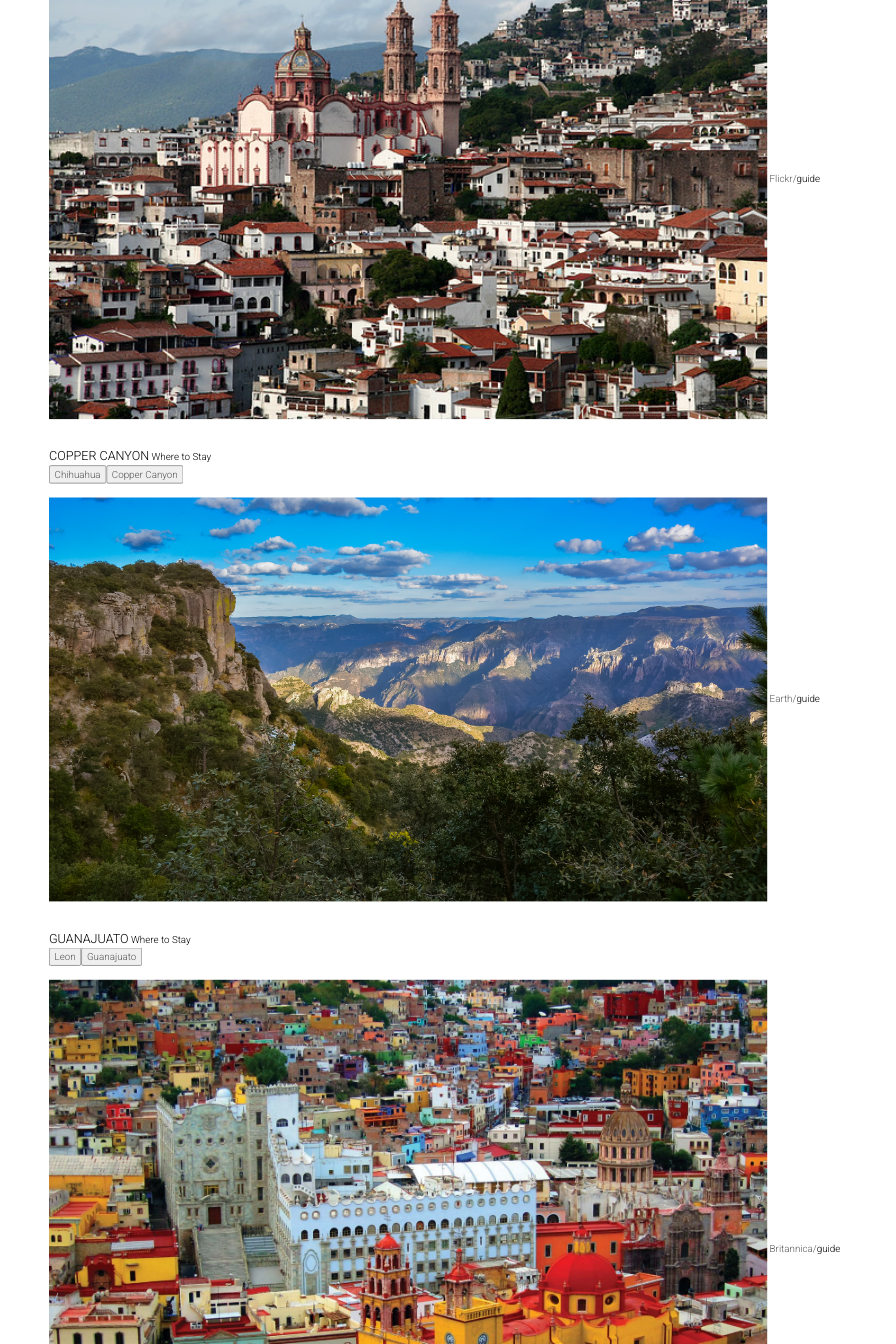
Repository: navegantemx/holiday-destination
Page: destinations.html
The author's editor kept a record of every edit. The page is drawn from the files as they stood at one moment, then again after the next edit.
The browser window is 1280 px wide. The pictures show the part of the page from y = 1814 to 3734 px (the page is 7951 px tall before and 7971 px after), at 70% of full size.
A picture or video elsewhere on the page could not be fetched, so the positions and the page height are approximate. Some web libraries are served in a nearby version.

Above is the page before.

### destinations.html
<!DOCTYPE html>
<html lang="en">
<head>
    <meta charset="UTF-8">
    <meta name="viewport" content="width=device-width, initial-scale=1.0">
    <meta http-equiv="X-UA-Compatible" content="ie=edge">
    <link rel="stylesheet" href="https://maxcdn.bootstrapcdn.com/bootstrap/3.3.7/css/bootstrap.min.css" type="text/css" />
    <link rel="stylesheet" href="https://maxcdn.bootstrapcdn.com/font-awesome/4.7.0/css/font-awesome.min.css" type="text/css" />
    <link rel="stylesheet" href="https://cdnjs.cloudflare.com/ajax/libs/hover.css/2.1.1/css/hover-min.css" type="text/css" />
    <link rel="stylesheet" href="assets/css/style.css" type="text/css" />
    <script src="https://code.jquery.com/jquery-1.11.3.min.js"></script>
    <title>Holiday Destination - Mexico</title>
</head>
<body>
    <header class="container">
        <div class="row">
            <a href="index.html">
                <div class="col-md-4 logo"></div>
            </a>
            <div class="col-md-8">
                <div class="row">
                    <ul id="nav" class="list-inline clearfix">
                        <li class="col-xs-6 col-sm-3 ui-menu-color-home menuitem">
                            <a href="index.html" class="hvr-sweep-to-bottom"><i class="fa fa-home" aria-hidden="true"></i><span>Home</span></a>
                        </li>
                        <li class="col-xs-6 col-sm-3 ui-menu-color-destinations menuitem">
                            <a href="destinations.html" class="hvr-sweep-to-bottom"><i class="fa fa-plane" aria-hidden="true"></i><span>Destinations</span></a>
                        </li>
                        <li class="col-xs-6 col-sm-3 ui-menu-color-charts menuitem">
                            <a href="charts.html" class="hvr-sweep-to-bottom"><i class="fa fa-pie-chart" aria-hidden="true"></i><span>Charts Statistics</span></a>
                        </li>
                        <li class="col-xs-6 col-sm-3 ui-menu-color-contact menuitem">
                            <a href="contact.html" class="hvr-sweep-to-bottom"><i class="fa fa-commenting-o" aria-hidden="true"></i><span>Contact</span></a>
                        </li>
                    </ul>
                </div>
            </div>
        </div>
    </header>
    <br>
    <section class="container">
        <div class="row">
            <div class="col-md-12">
                <h3 class="section-heading uppercase">10 Best Places to Visit in Mexico</h3>
            </div>
        </div>
    </section>
    <br>

        <!------Design idea taken from https://www.touropia.com/best-places-to-visit-in-mexico/ ------------>

    <section class="container">
        <a href="https://en.wikipedia.org/wiki/Puebla_(city)" target="_blank" class="fancybox iframe">PUEBLA</a>
        <a href="//www.touropia.com/checkin?city=Puebla,Mexico" target="_blank" class="fancybox">Where to Stay</a><br>
        <button id="pueblaButton">Cholula</button><span><button id="cholulaButton">Puebla</button></span><br><br>
        <div class="image_640">
            <!--url("../images/mexico.jpg")-->
            <img id="pueblaImage" src= assets/images/puebla_puebla_01.jpg width="90%"><br>
            <span class="photo-credit">By<a href="https://www.kayak.com/Puebla-City.17433.guide" target="_blank">Kayak</a></span>
        </div>
        <br><br>

        <a href="https://en.wikipedia.org/wiki/M%C3%A9rida,_Yucat%C3%A1n" target="_blank" class="fancybox iframe">MERIDA</a>
        <a href="//www.touropia.com/checkin?city=Merida,Mexico" target="_blank" class="fancybox">Where to Stay</a><br>
        <button id="meridaButton">Progreso</button><span><button id="progresoButton">Merida</button></span><br><br>
        <div class="image_640">
            <img id="meridaImage" src= assets/images/yucatan_merida_01.jpg width="90%"><br>
            <span class="photo-credit">CNN/<a href="https://www.cnn.com/travel/article/things-to-do-merida-mexico/index.html" target="_blank">guide</a></span>
        </div>
        <br><br>

        <a href="https://en.wikipedia.org/wiki/Taxco" target="_blank" class="fancybox iframe">TAXCO</a>
        <a href="//www.touropia.com/checkin?city=Taxco,Mexico" target="_blank" class="fancybox">Where to Stay</a><br>
        <button id="taxcoButton">Acapulco</button><span><button id="acapulcoButton">Taxco</button></span><br><br>
        <div class="image_640">
            <img id="taxcoImage" src= assets/images/gro_taxco_01.jpg width="90%">
            <span class="photo-credit">Flickr/<a href="https://www.flickr.com/photos/david-bank/4172340439" target="_blank">guide</a></span>
        </div>
        <br><br>

        <a href="https://en.wikipedia.org/wiki/Copper_Canyon" target="_blank" class="fancybox iframe">COPPER CANYON</a>
        <a href="//www.touropia.com/checkin?city=Chihuahua,Mexico" target="_blank" class="fancybox">Where to Stay</a><br>
        <button id="coppercanyonButton">Chihuahua</button><span><button id="chihuahuaButton">Copper Canyon</button></span><br><br>
        <div class="image_640">
            <img id="coppercanyonImage" src= assets/images/chihuahua_coppercanyon_01.jpg width="90%">
            <span class="photo-credit">Earth/<a href="https://www.earth.com/news/raramuri-people-copper-canyon" target="_blank">guide</a></span>
        </div>
        <br><br>

        <a href="https://en.wikipedia.org/wiki/Guanajuato_City" target="_blank" class="fancybox iframe">GUANAJUATO</a>
        <a href="//www.touropia.com/checkin?city=Guanajuato,Mexico" target="_blank" class="fancybox">Where to Stay</a><br>
        <button id="guanajuatoButton">Leon</button><span><button id="leonButton">Guanajuato</button></span><br><br>
        <div class="image_640">
            <img id="guanajuatoImage" src= assets/images/guanajuato_gto_01.jpg width="90%">
            <span class="photo-credit">Britannica/<a href="https://www.britannica.com/place/Guanajuato-Mexico" target="_blank">guide</a></span>
        </div>
        <br><br>

        <a href="https://en.wikipedia.org/wiki/Oaxaca_City" target="_blank" class="fancybox iframe">OAXACA</a>
        <a href="//www.touropia.com/checkin?city=Oaxaca,Mexico" target="_blank" class="fancybox">Where to Stay</a><br>
        <button id="oaxacaButton">Huatulco</button><span><button id="huatulcoButton">Oaxaca</button></span><br><br>
        <div class="image_640">
            <img id="oaxacaImage" src= assets/images/oaxaca_oaxaca_01.jpg width="90%">
            <span class="photo-credit">Wall/<a href="https://wall.alphacoders.com/big.php?i=946712" target="_blank">guide</a></span>
        </div>
        <br><br>

        <a href="https://en.wikipedia.org/wiki/Mexico_City" target="_blank" class="fancybox iframe">MEXICO CITY</a>
        <a href="//www.touropia.com/checkin?city=Mexico City,Mexico" target="_blank" class="fancybox">Where to Stay</a><br>
        <button id="mxcityButton">Coyoacan</button><span><button id="coyoacanButton">Mexico City</button></span><br><br>
        <div class="image_640">
            <img id="mxcityImage" src= assets/images/mexico_mexico_01.jpg width="90%">
            <span class="photo-credit">Temblor/<a href="https://temblor.net/earthquake-insights/spasm-of-temblors-tests-earthquake-early-warning-for-mexico-city-and-beyond-6410/" target="_blank">guide</a></span>
        </div>
        <br><br>

        <a href="https://en.wikipedia.org/wiki/Teotihuacan" target="_blank" class="fancybox iframe">TEOTIHUACAN</a>
        <a href="//www.touropia.com/checkin?city=San Juan Teotihuacan,Mexico" target="_blank" class="fancybox">Where to Stay</a><br>
        <button id="teotihuacanButton">San Juan</button><span><button id="sanjuanButton">Teotihuacan</button></span><br><br>
        <div class="image_640">
            <img id="teotihuacanImage" src= assets/images/mexico_teotihuacan_01.jpg width="90%">
            <span class="photo-credit">Wikipedia/<a href="https://en.wikipedia.org/wiki/Teotihuac%C3%A1n_Municipality" target="_blank">guide</a></span>
        </div>
        <br><br>

        <a href="https://en.wikipedia.org/wiki/Canc%C3%BAn" target="_blank" class="fancybox iframe">CANCUN</a>
        <a href="//www.touropia.com/checkin?city=Cancun,Mexico" target="_blank" class="fancybox">Where to Stay</a><br>
        <button id="cancunButton">Cozumel</button><span><button id="cozumelButton">Cancun</button></span><br><br>
        <div class="image_640">
            <img id="cancunImage" src= assets/images/quintana_cancun_01.jpg width="90%">
            <span class="photo-credit">iStock</a></span>
        </div>
        <br><br>

        <a href="https://en.wikipedia.org/wiki/Chichen_Itza" target="_blank" class="fancybox iframe">CHICHEN ITZA</a>
        <a href="//www.touropia.com/checkin?city=Chichen Itza,Mexico" target="_blank" class="fancybox">Where to Stay</a><br>
        <button id="chichenButton">Chichen Itza 02</button><span><button id="itzaButton">Chichen Itza</button></span><br><br>
        <div class="image_640">
            <img id="chichenImage" src= assets/images/chichen_itza_01.jpg width="90%">
            <span class="photo-credit">Onthego/<a href="https://www.onthegotours.com/blog/2013/02/exploring-chichen-itza-mexico" target="_blank">guide</a></span>
        </div>
        <br><br>
    </section>
    <footer class="container">
        <div id="footer-details " class="row ">
            <div class="col-sm-4 ">
                <h5 class="uppercase general-sub ">About</h5>
                <ul>
                    <li><a href="https://www.touropia.com/about/">About Touropia</a></li>
                    <li><a href="https://www.touropia.com/contact/">Contact</a></li>
                </ul>
            </div>
            <div class="col-sm-4 ">
                <h5 class="uppercase general-sub ">Let's get Social</h5>
                <ul class="list-inline social-links ">
                    <li><a target="_blank " href="# "><i class="fa fa-facebook "></i></a></li>
                    <li><a target="_blank " href="# "><i class="fa fa-twitter "></i></a></li>
                    <li><a target="_blank " href="# "><i class="fa fa-linkedin "></i></a></li>
                    <li><a target="_blank " href="# "><i class="fa fa-pinterest "></i></a></li>
                    <li><a target="_blank " href="# "><i class="fa fa-instagram "></i></a></li>
                    <li><a target="_blank " href="# "><i class="fa fa-youtube "></i></a></li>
                </ul>
            </div>
        </div>
    </footer>

    <script src="assets/js/destinations.js"></script>

</body>
</html>

### assets/css/style.css
@import url('https://fonts.googleapis.com/css?family=Roboto:100,200,300,400,500,600,700|Exo:100,200,300,400,500,600,700');

/*--------------------------------------------Colors*/

.bg-color-contact {
    background-color: #ffffff;
}

.bg-color-maps {
    background-color: #f4f4f4;
}

.ui-menu-color-home {
    background-color: #e67e22;
}

.ui-menu-color-destinations {
    background-color: #9b59b6;
}

.ui-menu-color-charts {
    background-color: #06991e;
}

.ui-menu-color-contact {
    background-color: #3498db;
}

body {
    font-family: Roboto, sans-serif;
    font-weight: 300;
    background-color: #FFFFFF;
    color: #555555;
}

/*--------------------------------------------Special Paddings/Margins/Text*/

.section-heading {
    text-align: center;
}


h1,
h2,
h3,
h4 {
    margin: 0;
}

.uppercase {
    text-transform: uppercase;
}

.general-sub {
    font-family: "Exo", sans-serif;
    font-weight: 300;
    color: #fafafa;
    margin-left: 60px;

}

/*--------------------------------------------Heading*/

header {
    margin: 0;
}

.heading {
    margin-left: 50px;
}

.row {
    margin-right: -15px;
    margin-left: -15px;
    margin-top: 5px;
}

.logo {
    background: url("../images/mexico.jpg");
    background-position: center;
    background-repeat: no-repeat;
    background-size: cover;
    min-height: 125px;
    transition: all .5s ease-in-out;
    -moz-transition: all .5s ease-in-out;
    -webkit-transition: all .5s ease-in-out;
}

.title {
    font-family: "Roboto", sans-serif;
    font-weight: 200;
    font-size: 28px;
    margin-top: 20px;
    margin-bottom: 90px;
    color: #ffffff;
}

#nav {
    margin: 0;
}

#nav li {
    padding: 0;
}

.menuitem {
    height: 120px;
    text-align: center;
    padding: 0;
}

.menuitem a {
    width: 100%;
    text-decoration: none;
    color: #ffffff;
    height: 120px;
}


.menuitem a i {
    padding-top: 22px;
    display: block;
    color: #fafafa;
    font-size: 26px;
}

.menuitem span {
    display: block;
    width: 100%;
    padding-top: 5px;
    text-align: center;
    text-transform: uppercase;
    font-size: 14px;
    font-weight: 300;
    letter-spacing: 2px;
}


.iframe {
    font-family: "Roboto", sans-serif;
    font-weight: 350;
    font-size: 18px;
    margin-top: 20px;
    margin-bottom: 90px;
    color: #000000;
}


/*--------------------------------------------Hover.css*/

.hvr-sweep-to-bottom:before {
    background: rgba(0, 0, 0, 0.2);
    height: 120px;
}


/*--------------------------------------------Footer*/

footer {
    background-color: #a728e0;
    color: #fafafa;
    min-height: 100px;
    margin: 0;
}

.social-links {
    padding-bottom: 15px;
}

.social-links li a i {
    width: 32px;
    height: 32px;
    padding: 12px 0;
    border-radius: 50%;
    font-size: 13px;
    line-height: 7px;
    text-align: center;
    color: #fafafa;
    background: #8f8f8f;
    transition: all 0.35s ease-in-out;
    -moz-transition: all 0.35s ease-in-out;
    -webkit-transition: all 0.35s ease-in-out;
    -o-transition: all 0.35s ease-in-out;
}

.social-links li a i:hover {
    background: #e84610;
}

a {
    color: #000000;
    text-decoration: none;
}

#footer-details {
    margin: 20px;
}

/*--------------------------------------------Contact*/

.contact-heading {
    font-family: "Exo", sans-serif;
    font-weight: 300;
    margin-top: 25px;
    margin-bottom: 20px;
}


.center-form {
    padding-top: 10px;
    margin: 0 auto;
    max-width: 70%;
}

button[type="submit"] {
    margin-top: 15px;
    margin-bottom: 20px;
    background-color: #e84610;
    color: #fafafa;
}

/*--------------------------------------------Map*/

#map {
    height: 500px;
}

/*--------------------------------------------Media Queries*/

@media(min-width: 992px) {
    .section-column {
        float: none;
        display: table-cell;
    }

    .center-form {
        padding-top: 30px;
        min-height: 240px;
        margin: 0 auto;
        max-width: 50%;
    }
}

### assets/js/destinations.js

$(document).ready(function() {
    $("#pueblaButton").click(function() {
        $("#pueblaImage").attr("src", "assets/images/puebla_cholula_01.jpg");
    });

    $("#cholulaButton").click(function() {
        $("#pueblaImage").attr("src", "assets/images/puebla_puebla_01.jpg");
    });

    $("#meridaButton").click(function() {
        $("#meridaImage").attr("src", "assets/images/yucatan_progreso_01.jpg");
    });

    $("#progresoButton").click(function() {
        $("#meridaImage").attr("src", "assets/images/yucatan_merida_01.jpg");
    });

    $("#taxcoButton").click(function() {
        $("#taxcoImage").attr("src", "assets/images/gro_acapulco_01.jpg");
    });

    $("#acapulcoButton").click(function() {
        $("#taxcoImage").attr("src", "assets/images/gro_taxco_01.jpg");
    });

    $("#coppercanyonButton").click(function() {
        $("#coppercanyonImage").attr("src", "assets/images/chihuahua_chihuahua_01.jpg");
    });

    $("#chihuahuaButton").click(function() {
        $("#coppercanyonImage").attr("src", "assets/images/chihuahua_coppercanyon_01.jpg");
    });

    $("#guanajuatoButton").click(function() {
        $("#guanajuatoImage").attr("src", "assets/images/guanajuato_leon_01.jpg");
    });

    $("#leonButton").click(function() {
        $("#guanajuatoImage").attr("src", "assets/images/guanajuato_gto_01.jpg");
    });

    $("#oaxacaButton").click(function() {
        $("#oaxacaImage").attr("src", "assets/images/oaxaca_huatulco_01.jpg");
    });

    $("#huatulcoButton").click(function() {
        $("#oaxacaImage").attr("src", "assets/images/oaxaca_oaxaca_01.jpg");
    });

    $("#mxcityButton").click(function() {
        $("#mxcityImage").attr("src", "assets/images/mexico_coyoacan_01.jpg");
    });

    $("#coyoacanButton").click(function() {
        $("#mxcityImage").attr("src", "assets/images/mexico_mexico_01.jpg");
    });

    $("#teotihuacanButton").click(function() {
        $("#teotihuacanImage").attr("src", "assets/images/mexico_sanjuan_01.jpg");
    });

    $("#sanjuanButton").click(function() {
        $("#teotihuacanImage").attr("src", "assets/images/mexico_teotihuacan_01.jpg");
    });

    $("#cancunButton").click(function() {
        $("#cancunImage").attr("src", "assets/images/quintana_cozumel_01.jpg");
    });

    $("#cozumelButton").click(function() {
        $("#cancunImage").attr("src", "assets/images/quintana_cancun_01.jpg");
    });

    $("#chichenButton").click(function() {
        $("#chichenImage").attr("src", "assets/images/chichen_itza_02.jpg");
    });

    $("#itzaButton").click(function() {
        $("#chichenImage").attr("src", "assets/images/chichen_itza_01.jpg");
    });
});

After the next edit:
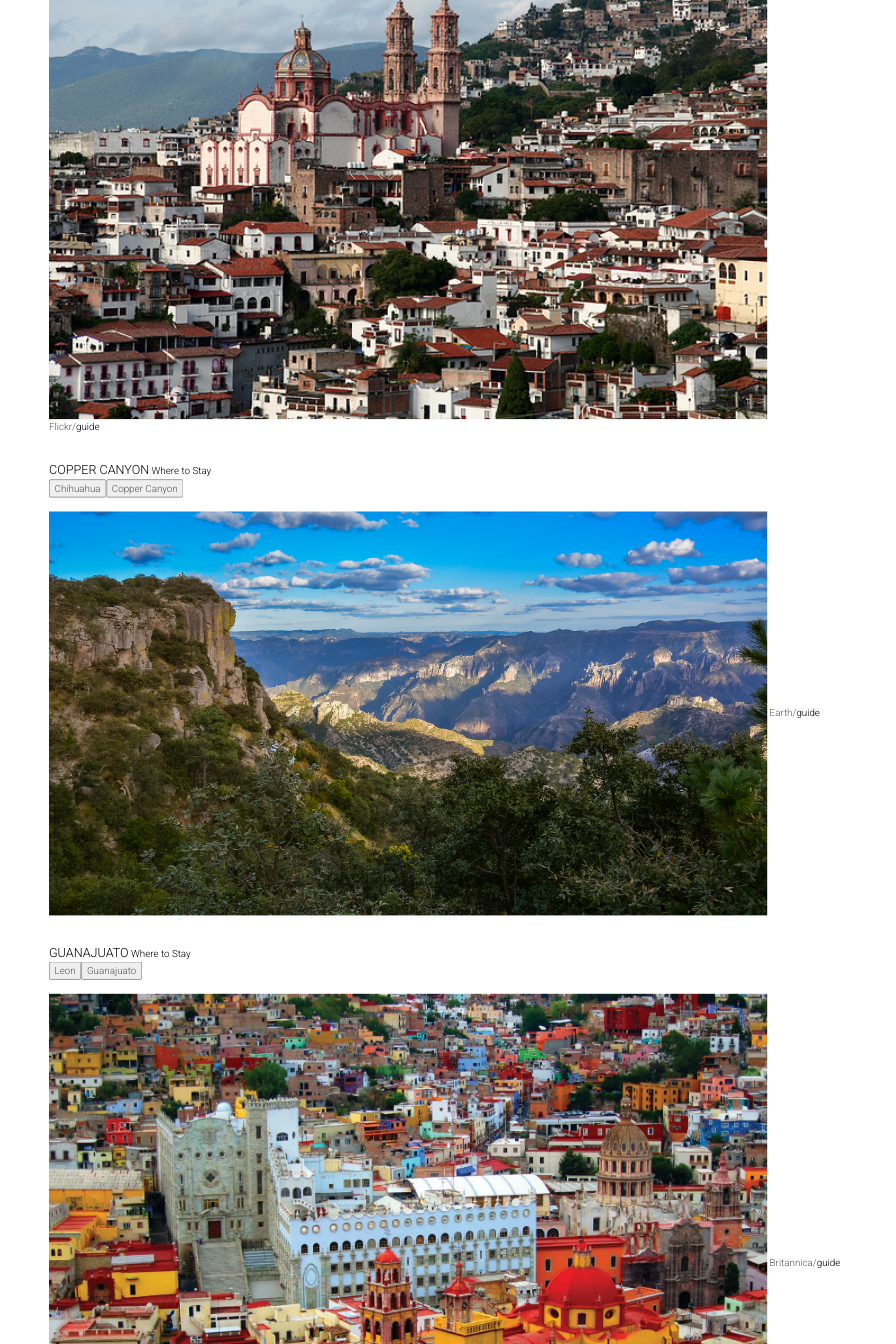
The edit:
--- a/destinations.html
+++ b/destinations.html
@@ -73,7 +73,7 @@
         <a href="//www.touropia.com/checkin?city=Taxco,Mexico" target="_blank" class="fancybox">Where to Stay</a><br>
         <button id="taxcoButton">Acapulco</button><span><button id="acapulcoButton">Taxco</button></span><br><br>
         <div class="image_640">
-            <img id="taxcoImage" src= assets/images/gro_taxco_01.jpg width="90%">
+            <img id="taxcoImage" src= assets/images/gro_taxco_01.jpg width="90%"><br>
             <span class="photo-credit">Flickr/<a href="https://www.flickr.com/photos/david-bank/4172340439" target="_blank">guide</a></span>
         </div>
         <br><br>
